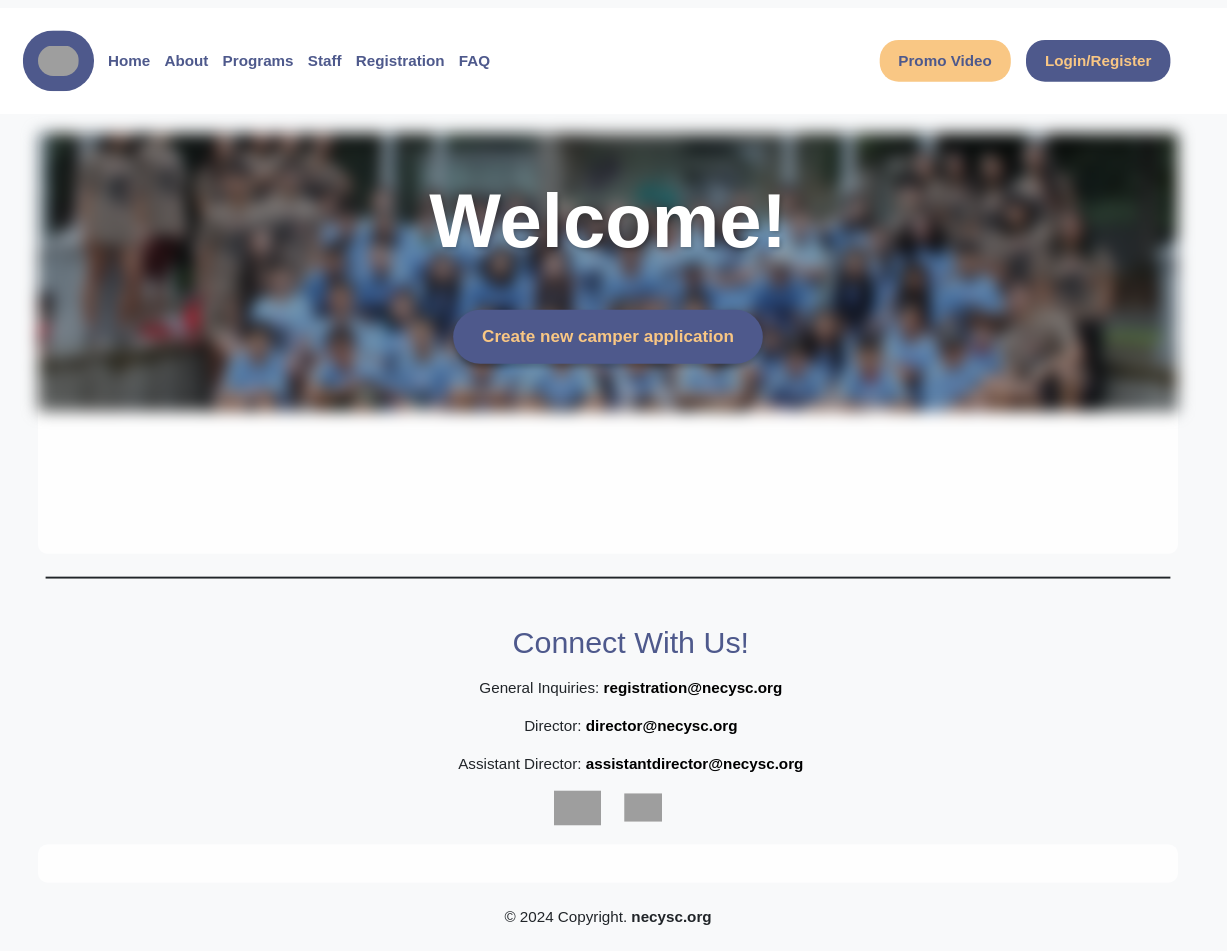
Repository: fullstackatbrown/project-necysc
Page: necysc_app/templates/necysc_app/applicant/index.html
An editor plug-in stored every save of this project. The page is shown before and after the next save, followed by the edit.
The browser window is 1280 px wide. The page is 1292 px wide, so the pictures cover 1292 px, including what lies to the right of the window. The pictures show the whole page, at 95% of full size.
Pictures or frames that could not be fetched are drawn as grey boxes. Some web fonts or font styles are not loaded; a fallback is used. The template is drawn by Django 5.2. The application's start-up code is not run. Other server files are loaded and not shown. The template is opened directly, without the code that normally fills it, so the values that code supplies are empty.

Above is the page before, as saved 2024-12-04 03:14:34.

### necysc_app/templates/necysc_app/applicant/index.html
{% extends "necysc_app/base.html" %}
{% load static %}
{% block title %} Applicant Portal {% endblock %}

{% block content %}
<link rel="stylesheet" href="{% static 'necysc_app/applicant_home.css' %}">

<style>
    body {
        background-color: #f8f9fa;
        margin: 0;
        padding: 0;
        height: 100%;
        width: 100%;
        position: relative;
        overflow: hidden;
    }

    .background {
        position: absolute;
        top: 0;
        left: 0;
        width: 100%;
        height: calc(100% - 150px);
        z-index: -1;
        background-image: url("{% static 'necysc_app/images/necyscbannerimage.jpg' %}");
        background-size: cover;
        background-position: center;
        filter: blur(8px);
    }

    .container {
        position: relative;
        z-index: 1;
        background-color: rgba(255, 255, 255, 0.9);
        padding: 20px;
        border-radius: 10px;
        max-width: 1200px;
        margin: auto;
        margin-top: 20px;
    }

    h1, p, a, button {
        position: relative;
        z-index: 2;
    }

    .button-container {
        display: flex;
        justify-content: center;
        align-items: flex-start;
        height: 33vh;
        margin-top: 5vh;
    }
    .content-container {
        display: flex;
        flex-direction: column;
        justify-content: center;
        align-items: center;
        height: 13vh;
        margin-top: 5vh;
    }

    /* 按钮样式 */
    .btn-purple {
        background-color: #4e598c;
        color: #f9c784;
        transition: all 0.3s ease;
        border: none;
        padding: 15px 30px;
        cursor: pointer;
        font-size: 18px;
        border-radius: 50px;
        box-shadow: 0 4px 6px rgba(0, 0, 0, 0.2);
    }

    .welcome-title {
        font-size: 5rem;
        text-align: center;
        margin-bottom: 20px;
        font-weight: bold;
        text-shadow: 2px 2px 5px rgba(0, 0, 0, 0.2);
    }

    .btn-purple:hover {
        background-color: #f9c784;
        color: #ffffff;
    }

    .enlarged-btn {
        transform: scale(1);
        transition: transform 0.3s ease;
    }

    .enlarged-btn:hover {
        transform: scale(1.2);
    }
</style>

<div class="background"></div>


<div class="content-container">
    <h2 class="welcome-title">Welcome!</h2>
</div>

{% if applications %}
<div class="container mb-4">
    {% for application in applications %}
    <div class="card col-4 glow">
        <a href="{% url 'necysc_app:application_detail' application.id %}" class="application-card-link">
            <div class="card-body">
                <h5 class="card-title">
                    <span>{{ application.applicant_fname }} {{ application.applicant_lname }}</span>
                    {% if application.app_status == 'A' %}
                    <span class="badge bg-success float-end">Accepted</span>
                    {% elif application.app_status == 'P' %}
                    <span class="badge bg-secondary float-end">Pending</span>
                    {% else %}
                    <span class="badge bg-danger float-end">Rejected</span>
                    {% endif %}
                </h5>
                <hr>
                <p class="card-text fw-light">Year: {{ application.app_year }}</p>
                <p class="card-text m-0 fw-light">Health Status: {{ application.health_record_status }}</p>
            </div>
        </a>
    </div>
    {% endfor %}
</div>
{% endif %}

<div class="button-container">
    <a class="btn-purple enlarged-btn" href="{% url 'necysc_app:new_application' %}">Create new camper application</a>
</div>
{% endblock %}

{% block footer %}
<footer class="pt-4" id="contact">
    <h2 class="ps-5 mb-3 mt-5 text-center" style="color: white;">Connect With Us!</h2>
    <p class="ps-5 text-center" style="color: white;">General Inquiries:
        <a href="mailto:registration@necysc.org" style="color: white">registration@necysc.org</a>
    </p>
    <p class="ps-5 text-center" style="color: white;"> Director:
        <a href="mailto:director@necysc.org" style="color: white">director@necysc.org</a>
    </p>
    <p class="ps-5 text-center" style="color: white;"> Assistant Director:
        <a href="mailto:assistantdirector@necysc.org" style="color: white">assistantdirector@necysc.org</a>
    </p>
    <div class="row text-center align-items-center justify-content-center">
        <div class="col-auto">
            <a href="https://www.instagram.com/NECYSC/" target="_blank">
                <img src="https://cdn.freebiesupply.com/images/large/2x/instagram-icon-white-on-black.png" alt="Instagram Logo" style="width: 50px; height: auto;">
            </a>
        </div>
        <div class="col-auto">
            <a href="https://www.facebook.com/NECYSC" target="_blank">
                <img src="https://www.freepnglogos.com/uploads/logo-facebook-png/logo-facebook-facebook-logo-png-transparent-svg-vector-bie-supply-18.png" alt="Facebook Logo" style="width: 40px; height: auto;">
            </a>
        </div>
    </div>
    <div class="text-center p-4" style="color: white;">
        © 2024 Copyright.
        <a class="text-reset" href="https://necysc.org/">necysc.org</a>
    </div>
</footer>
{% endblock %}

### necysc_app/templates/necysc_app/base.html
<!DOCTYPE html>
<html lang="en">
	<!-- Header -->
	{% load static %} {% include 'necysc_app/header.html' %}

	<head>
		<!-- Required meta tags -->
		<meta charset="utf-8" />
		<meta name="viewport" content="width=device-width, initial-scale=1" />

		<!--Bootstrap CSS-->
		<link
			href="https://cdn.jsdelivr.net/npm/bootstrap@5.0.2/dist/css/bootstrap.min.css"
			rel="stylesheet"
			integrity="sha384-EVSTQN3/azprG1Anm3QDgpJLIm9Nao0Yz1ztcQTwFspd3yD65VohhpuuCOmLASjC"
			crossorigin="anonymous"
		/>

		<title>{% block title %} {% endblock %}</title>
		<link rel="preconnect" href="https://fonts.googleapis.com" />
		<link rel="preconnect" href="https://fonts.gstatic.com" crossorigin />
		<link
			href="https://fonts.googleapis.com/css2?family=Roboto+Mono:ital,wght@0,100..700;1,100..700&display=swap"
			rel="stylesheet"
		/>

		<!--global Hind font-->
		<link
			href="https://fonts.googleapis.com/css2?family=Hind:wght@400;500;600&display=swap"
			rel="stylesheet"
		/>
		<style>
			body {
				font-family: "Hind", sans-serif;
			}
		</style>

	</head>

	<body>
		<!-- Navbar -->
		{% include 'necysc_app/navbar.html' %}

		<!-- Content -->
		<div class="container">{% block content %} {% endblock %}</div>

		<!-- Footer -->
		{% include 'necysc_app/footer.html' %}

		<!--Bootstrap JavaScript Plugins-->
		<script
			src="https://cdn.jsdelivr.net/npm/bootstrap@5.0.2/dist/js/bootstrap.bundle.min.js"
			integrity="sha384-MrcW6ZMFYlzcLA8Nl+NtUVF0sA7MsXsP1UyJoMp4YLEuNSfAP+JcXn/tWtIaxVXM"
			crossorigin="anonymous"
		></script>
	</body>
</html>

### necysc_app/templates/necysc_app/header.html
<!-- Header -->
<head>
    <meta charset="UTF-8" />
    <!-- Bootstrap Imports -->
    <link
      href="https://cdn.jsdelivr.net/npm/bootstrap@5.0.2/dist/css/bootstrap.min.css"
      rel="stylesheet"
      integrity="sha384-EVSTQN3/azprG1Anm3QDgpJLIm9Nao0Yz1ztcQTwFspd3yD65VohhpuuCOmLASjC"
      crossorigin="anonymous"
    />
    <link
      href="https://cdn.jsdelivr.net/npm/bootstrap-icons@1.8.1/font/bootstrap-icons.css"
      rel="stylesheet"
    />
    <script
    src="https://cdn.jsdelivr.net/npm/bootstrap@5.0.2/dist/js/bootstrap.bundle.min.js"
    integrity="sha384-MrcW6ZMFYlzcLA8Nl+NtUVF0sA7MsXsP1UyJoMp4YLEuNSfAP+JcXn/tWtIaxVXM"
    crossorigin="anonymous"
    ></script>
    <meta name="viewport" content="width=device-width, initial-scale=1" />
    {% load static %}
    <link href="{% static 'necysc_app/style.css' %}" rel="stylesheet" />
    <link rel="icon" href="{%  static 'necysc_app/images/favicon.ico' %}">
</head>

### necysc_app/templates/necysc_app/footer.html
<!-- Footer -->
<footer class="pt-4" id="contact">
  <div class="ms-5 me-5 mb-5 bg-dark" style="height: 2px;"></div>

  <h2 class="ps-5 mb-3 mt-5 text-center" style="color: #4e598c;">Connect With Us!</h2>
  <p class="ps-5 text-center"> General Inquiries:
    <a href="mailto:registration@necysc.org" style="color: black">registration@necysc.org</a>
  </p>
  <p class="ps-5 text-center"> Director:
    <a href="mailto:registration@necysc.org" style="color: black">director@necysc.org</a>
  </p>
  <p class="ps-5 text-center"> Assistant Director:
    <a href="mailto:registration@necysc.org" style="color: black">assistantdirector@necysc.org</a>
  </p>

  <div class="row text-center align-items-center justify-content-center">
    <div class="col-auto">
        <a href="https://www.instagram.com/NECYSC/" style="display: inline-block;" target="_blank">
            <img src="https://cdn.freebiesupply.com/images/large/2x/instagram-icon-white-on-black.png" alt="Instagram Logo" style="width: 50px; height: auto;">
        </a>
    </div>
    <div class="col-auto">
      <a href="https://www.facebook.com/NECYSC" style="display: inline-block;" target="_blank">
          <img src="https://www.freepnglogos.com/uploads/logo-facebook-png/logo-facebook-facebook-logo-png-transparent-svg-vector-bie-supply-18.png" alt="Facebook Logo" style="width: 40px; height: auto;">
      </a>
    </div>
  </div>


  <!-- Copyright -->
  <div class="container"></div>
  <div class="text-center p-4">
    © 2024 Copyright.
    <a class="text-reset" href="https://necysc.org/">necysc.org</a>
  </div>

</footer>
<!-- Footer -->

### necysc_app/static/necysc_app/style.css
.hero-section {
  position: relative;
  background-size: cover;
  background-position: center;
  background-repeat: no-repeat;
  color: white;
  height: 60vh;
  display: flex;
  align-items: center;
  justify-content: center;
  overflow: hidden;
}

.hero-section .overlay {
  position: absolute;
  top: 0;
  left: 0;
  width: 100%;
  height: 100%;
  background-color: rgba(0, 0, 0, 0.5);
  z-index: 1;
}

.hero-section .position-relative {
  z-index: 2;
}

.btn-purple {
  background-color: #4e598c;
  color: #f9c784;
  transition: all 0.3s ease;
  padding: 10px 20px;
  border-radius: 20px;
  display: inline-block;
  text-align: center;
  text-decoration: none;
  outline: none;
  border: none;
}

.btn-purple:hover {
  background-color: #f9c784;
  color: #ffffff;
}


.accordion-item .accordion-button:not(.collapsed) {
  background-color: #4e598c; /* Darker purple when open */
  color: #ffffff; /* White text for contrast */
}


.menu-toggle {
  display: none;
}

.hamburger {
  display: none;
  font-size: 24px;
  cursor: pointer;
  color: #4e598c;
}


.nav-links {
  display: flex;
  gap: 15px;
}


@media (max-width: 768px) {
  .nav-links {
      display: none;
      flex-direction: column;
      background-color: white;
      position: absolute;
      top: 60px;
      right: 0;
      width: 100%;
      padding: 10px;
      z-index: 1000;
  }

  .menu-toggle:checked + .hamburger + .nav-links {
      display: flex;
  }

  .hamburger {
      display: block;
  }
}

.optional {
  color: gray;
  font-style: italic;
}

.white-link {
  color: #ffffff;
  text-decoration: none;
  transition: color 0.3s ease;
}

.white-link:hover {
  color: #cccccc;
}

.welcome-title {
  color: white;
}

### necysc_app/static/necysc_app/applicant_home.css
.application-card-link {
  text-decoration: none; /* Remove underline */
  color: inherit; /* Inherit text color */
}

.application-card-link:hover {
  text-decoration: none; /* Remove underline */
  color: inherit; /* Inherit text color */
}

.application-card {
  display: flex;
  flex-direction: column;
  border: 1px solid #ccc;
  border-radius: 8px;
  padding: 15px;
  width: 300px;
  height: 180px;
  box-shadow: 0 2px 5px rgba(0, 0, 0, 0.1);
  background-color: #fff;
  position: relative;
  transition: transform 0.2s;
}

.application-card:hover {
  transform: scale(1.02);
  box-shadow: inset;
}

.application-card h2 {
  font-size: 1.5em;
  margin: 0 0 10px 0;
}

.application-card h3 {
  font-size: 1.2em;
  color: #555;
}

.application-card p {
  margin: 5px 0;
}


.status {
  border-radius: 5px;
  color: #fff;
  font-weight: bold;
  z-index: 1;
}

.status.a {
  background-color: rgba(0, 128, 0, 0.2);
  color: green;
}

.status.d {
  background-color: rgba(255, 0, 0, 0.2);
  color: red;
}

.status.p {
  background-color: rgba(255, 165, 0, 0.2);
  color: orange;
}

.status.i {
  background-color: rgba(0, 0, 255, 0.2);
  color: blue;
}

.glow {
  transition: box-shadow 0.3s ease-in-out;
}

.glow:hover {
  box-shadow: 0 0 20px 2px rgba(0, 0, 0, 0.15); /* Adjust the glow effect */
}

.btn-logout {
    display: inline-block;
    padding: 8px 15px;
    background-color: #ff4444;
    color: #fff;
    text-decoration: none;
    border-radius: 5px;
    font-weight: bold;
    transition: background-color 0.3s ease;
    cursor: pointer;
    margin: 10px 0;
}

.btn-logout:hover {
    background-color: #cc0000;
}

Loaded but not shown: necysc_app/templates/necysc_app/navbar.html (204 lines, source omitted)

After the next save:
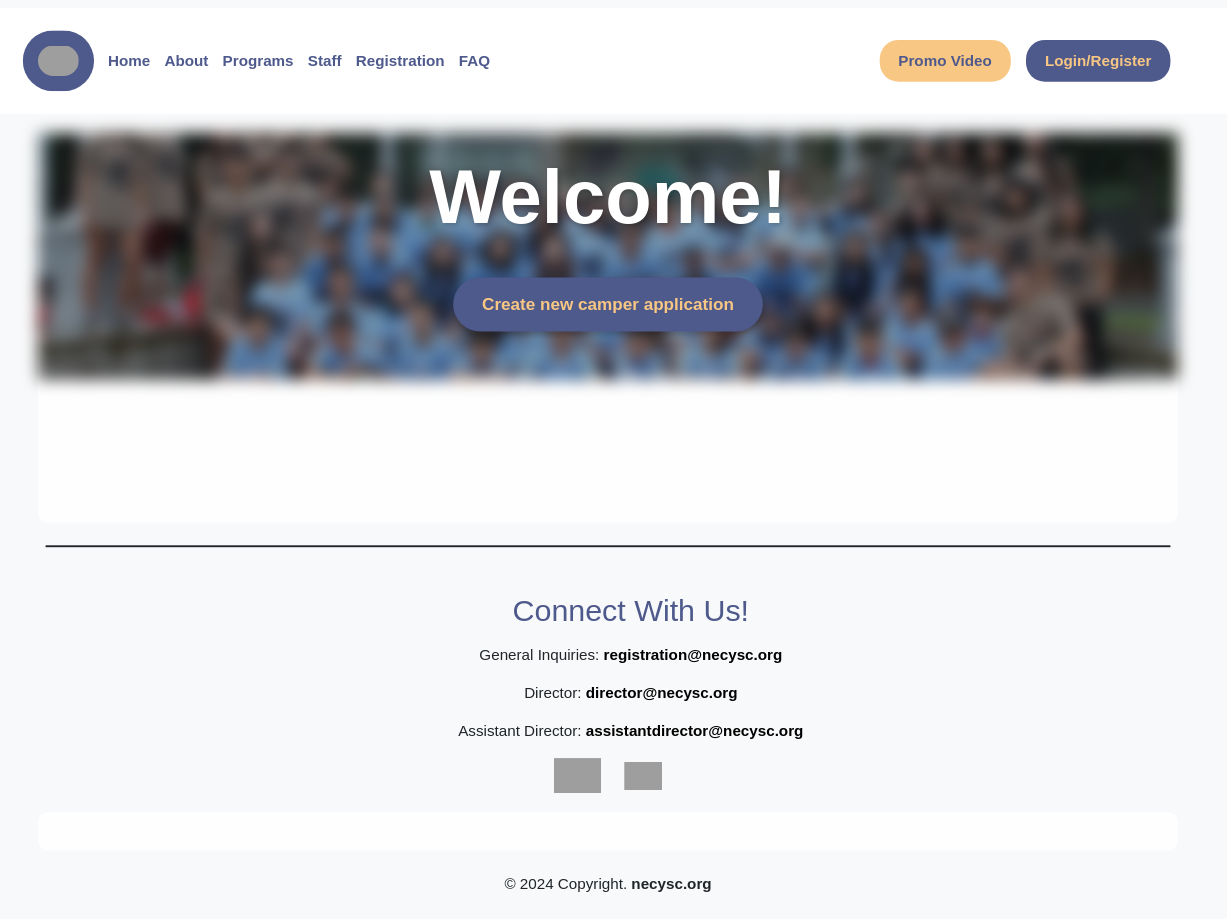
Saved 110 s later.
--- a/necysc_app/templates/necysc_app/applicant/index.html
+++ b/necysc_app/templates/necysc_app/applicant/index.html
@@ -100,7 +100,7 @@
 <div class="background"></div>
 
 
-<div class="content-container">
+<div>
     <h2 class="welcome-title">Welcome!</h2>
 </div>
 

After the save that followed:
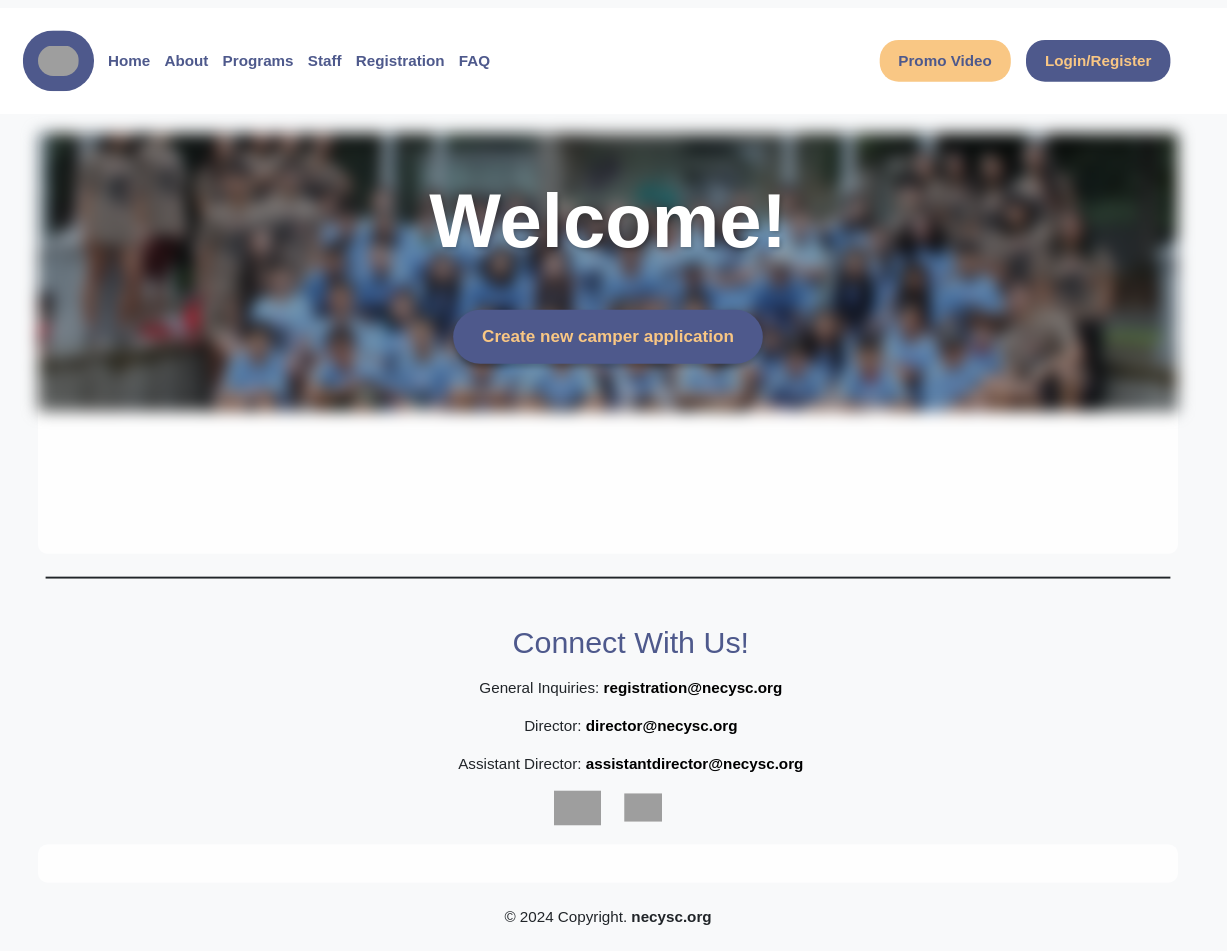
Saved 7 s later.
--- a/necysc_app/templates/necysc_app/applicant/index.html
+++ b/necysc_app/templates/necysc_app/applicant/index.html
@@ -100,7 +100,7 @@
 <div class="background"></div>
 
 
-<div>
+<div class="content-container">
     <h2 class="welcome-title">Welcome!</h2>
 </div>
 
